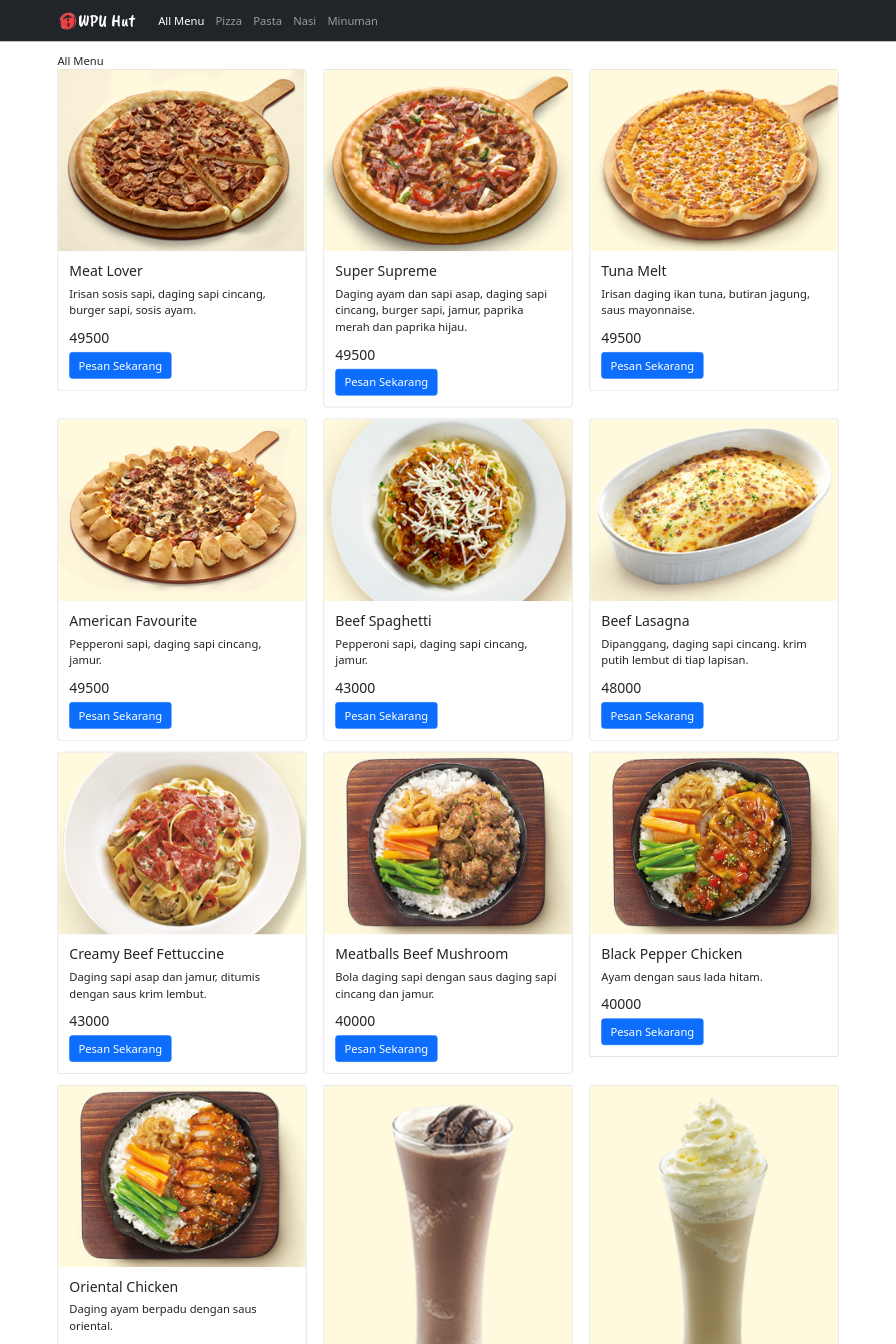
Repository: bayukembara/RESTAPI
Page: latihan2.html
An editor plug-in stored every save of this project. The page is shown before and after the next save, followed by the edit.
The browser window is 1280 px wide. The pictures show the part of the page from y = 0 to 1920 px (the page is 2793 px tall before and 2815 px after), at 70% of full size.
Some web libraries are served in a nearby version.

Above is the page before, as saved 2022-04-29 13:36:20.

### latihan2.html
<!doctype html>
<html lang="en">

  <head>
    <!-- Required meta tags -->
    <meta charset="utf-8">
    <meta name="viewport" content="width=device-width, initial-scale=1">

    <!-- Bootstrap CSS -->
    <link href="https://cdn.jsdelivr.net/npm/bootstrap@5.1.3/dist/css/bootstrap.min.css" rel="stylesheet"
      integrity="sha384-1BmE4kWBq78iYhFldvKuhfTAU6auU8tT94WrHftjDbrCEXSU1oBoqyl2QvZ6jIW3" crossorigin="anonymous">

    <title>B-Hut</title>
  </head>

  <body>
    <!-- Navbar -->
    <nav class="navbar navbar-expand-lg navbar-dark bg-dark">
      <div class="container">
        <a class="navbar-brand" href="#"><img src="data\logo.png" alt="" width="120px"></a>
        <button class="navbar-toggler" type="button" data-bs-toggle="collapse" data-bs-target="#navbarSupportedContent"
          aria-controls="navbarSupportedContent" aria-expanded="false" aria-label="Toggle navigation">
          <span class="navbar-toggler-icon"></span>
        </button>
        <div class="collapse navbar-collapse" id="navbarSupportedContent">
          <ul class="navbar-nav me-auto mb-2 mb-lg-0">
            <li class="nav-item">
              <a class="nav-link active" aria-current="page" href="#">All Menu</a>
            </li>
            <li class="nav-item">
              <a class="nav-link" aria-current="page" href="#">Pizza</a>
            </li>
            <li class="nav-item">
              <a class="nav-link" aria-current="page" href="#">Pasta</a>
            </li>
            <li class="nav-item">
              <a class="nav-link" aria-current="page" href="#">Nasi</a>
            </li>
            <li class="nav-item">
              <a class="nav-link" aria-current="page" href="#">Minuman</a>
            </li>
          </ul>
        </div>
      </div>
    </nav>
    <!-- End Nav bar -->

    <!-- Content -->
    <div class="container">
      <div class="row mt-3">
        <div class="col">
          All Menu
        </div>
      </div>
      <div class="row" id="daftar-menu">
      </div>
    </div>
    <!-- End Content -->
    <!-- Optional JavaScript; choose one of the two! -->
    <script src="https://code.jquery.com/jquery-3.6.0.js"
      integrity="sha256-H+K7U5CnXl1h5ywQfKtSj8PCmoN9aaq30gDh27Xc0jk=" crossorigin="anonymous"></script>

    <!-- Option 1: Bootstrap Bundle with Popper -->
    <script src="https://cdn.jsdelivr.net/npm/bootstrap@5.1.3/dist/js/bootstrap.bundle.min.js"
      integrity="sha384-ka7Sk0Gln4gmtz2MlQnikT1wXgYsOg+OMhuP+IlRH9sENBO0LRn5q+8nbTov4+1p" crossorigin="anonymous">
    </script>

    <!-- Option 2: Separate Popper and Bootstrap JS -->

    <script src="https://cdn.jsdelivr.net/npm/@popperjs/core@2.10.2/dist/umd/popper.min.js"
      integrity="sha384-7+zCNj/IqJ95wo16oMtfsKbZ9ccEh31eOz1HGyDuCQ6wgnyJNSYdrPa03rtR1zdB" crossorigin="anonymous">
    </script>
    <script src="https://cdn.jsdelivr.net/npm/bootstrap@5.1.3/dist/js/bootstrap.min.js"
      integrity="sha384-QJHtvGhmr9XOIpI6YVutG+2QOK9T+ZnN4kzFN1RtK3zEFEIsxhlmWl5/YESvpZ13" crossorigin="anonymous">
    </script>
    <script src="getmenu.js"></script>

  </body>

</html>

### getmenu.js
$.getJSON('data/menu.json', function (data) {
  let menu = data.menu;
  $.each(menu, function (i, data) {
    $('#daftar-menu').append('<div class="col-md-4"><div class="card mb-3"><img src="data/pizza/'+ data.gambar +'" class="card-img-top" alt="..."><div class="card-body"><h5 class="card-title">'+ data.nama +'</h5><p class="card-text">'+ data.deskripsi +'</p><h5 class="card-title">'+ data.harga +'</h5><a href="#" class="btn btn-primary">Pesan Sekarang</a></div></div></div>')
  })
})

### menu.json
{
  "menu": [
    {
      "kategori": "pizza",
      "nama": "Meat Lover",
      "deskripsi": "Irisan sosis sapi, daging sapi cincang, burger sapi, sosis ayam.",
      "harga": 49500,
      "gambar": "meat-lover.jpg"
    },
    {
      "kategori": "pizza",
      "nama": "Super Supreme",
      "deskripsi": "Daging ayam dan sapi asap, daging sapi cincang, burger sapi, jamur, paprika merah dan paprika hijau.",
      "harga": 49500,
      "gambar": "supreme.jpg"
    },
    {
      "kategori": "pizza",
      "nama": "Tuna Melt",
      "deskripsi": "Irisan daging ikan tuna, butiran jagung, saus mayonnaise.",
      "harga": 49500,
      "gambar": "tuna-melt.jpg"
    },
    {
      "kategori": "pizza",
      "nama": "American Favourite",
      "deskripsi": "Pepperoni sapi, daging sapi cincang, jamur.",
      "harga": 49500,
      "gambar": "american-favourite.jpg"
    },
    {
      "kategori": "pasta",
      "nama": "Beef Spaghetti",
      "deskripsi": "Pepperoni sapi, daging sapi cincang, jamur.",
      "harga": 43000,
      "gambar": "beef-spaghetti.jpg"
    },
    {
      "kategori": "pasta",
      "nama": "Beef Lasagna",
      "deskripsi": "Dipanggang, daging sapi cincang. krim putih lembut di tiap lapisan.",
      "harga": 48000,
      "gambar": "beef-lasagna.jpg"
    },
    {
      "kategori": "pasta",
      "nama": "Creamy Beef Fettuccine",
      "deskripsi": "Daging sapi asap dan jamur, ditumis dengan saus krim lembut.",
      "harga": 43000,
      "gambar": "creamy-beef-fettuccine.jpg"
    },
    {
      "kategori": "nasi",
      "nama": "Meatballs Beef Mushroom",
      "deskripsi": "Bola daging sapi dengan saus daging sapi cincang dan jamur.",
      "harga": 40000,
      "gambar": "meatballs-beef-mushroom.jpg"
    },
    {
      "kategori": "nasi",
      "nama": "Black Pepper Chicken",
      "deskripsi": "Ayam dengan saus lada hitam.",
      "harga": 40000,
      "gambar": "black-pepper-chicken.jpg"
    },
    {
      "kategori": "nasi",
      "nama": "Oriental Chicken",
      "deskripsi": "Daging ayam berpadu dengan saus oriental.",
      "harga": 40000,
      "gambar": "oriental-chicken.jpg"
    },
    {
      "kategori": "minuman",
      "nama": "Choco Mint",
      "deskripsi": "",
      "harga": 24000,
      "gambar": "choco-mint.jpg"
    },
    {
      "kategori": "minuman",
      "nama": "Toffee Coffee",
      "deskripsi": "",
      "harga": 24000,
      "gambar": "toffee-coffee.jpg"
    },
    {
      "kategori": "minuman",
      "nama": "Green Tea Shake",
      "deskripsi": "",
      "harga": 24000,
      "gambar": "green-tea-shake.jpg"
    },
    {
      "kategori": "minuman",
      "nama": "Strawberry Milkshake",
      "deskripsi": "",
      "harga": 24000,
      "gambar": "strawberry-milkshake.jpg"
    },
    {
      "kategori": "minuman",
      "nama": "Chocolate Milkshake",
      "deskripsi": "",
      "harga": 24000,
      "gambar": "chocolate-milkshake.jpg"
    }
  ]
}

After the next save:
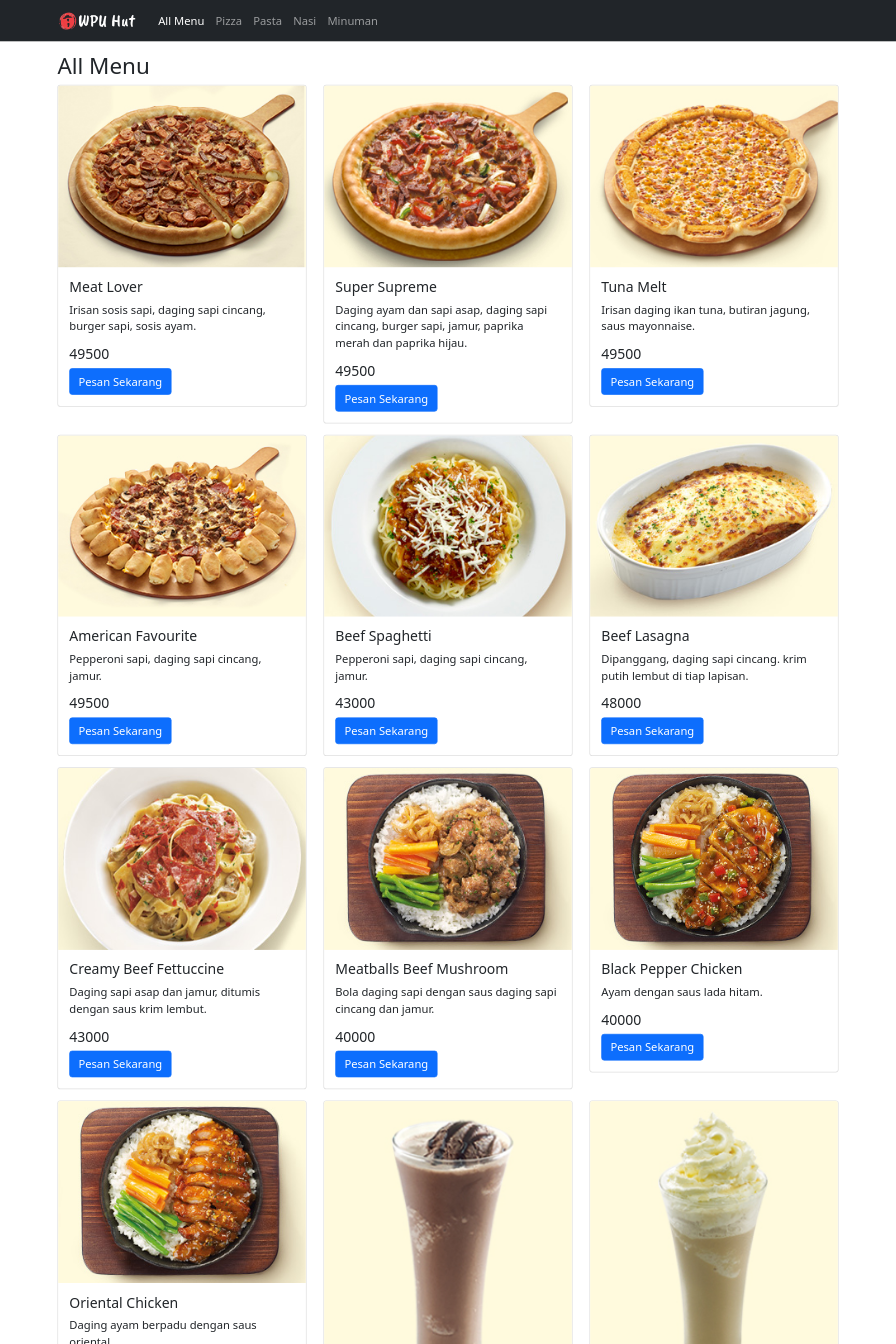
Saved 20 s later.
--- a/latihan2.html
+++ b/latihan2.html
@@ -49,7 +49,7 @@
     <div class="container">
       <div class="row mt-3">
         <div class="col">
-          All Menu
+          <h2>All Menu</h2>
         </div>
       </div>
       <div class="row" id="daftar-menu">
